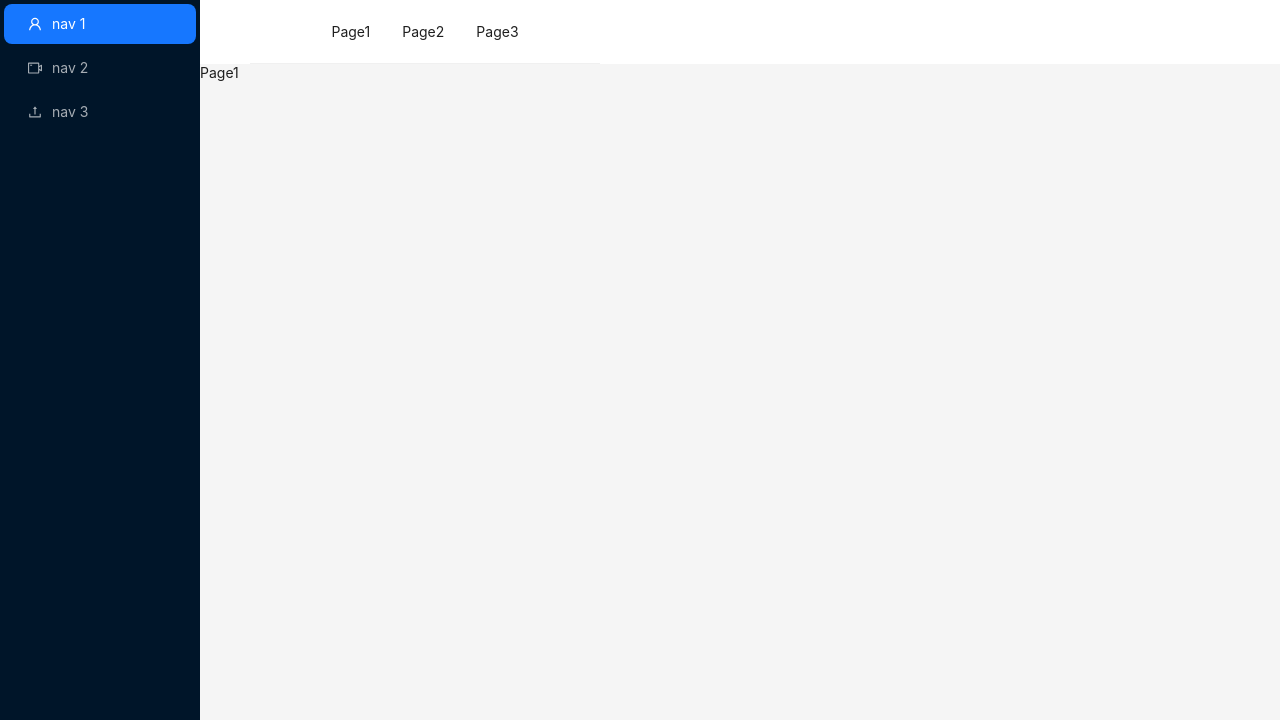
Repository: BESTETURKMEN/e-commerce
Page: /
These files come from the project's save history. The page is drawn as it stood at one moment and after a run of saves; the edit follows.
The browser window is 1280 px wide. The pictures show the whole page.
The project was rebuilt for these pictures with package versions that can differ from the ones it lists, and the page was loaded fresh each time. Also part of the build but not shown: webpack.config.js, src/pages/page2.jsx, src/pages/page3.jsx.

Above is the page before, as saved 2023-08-21 10:28:57.

### public/index.html
<!DOCTYPE html>
<html lang="en">
  <head>
    <meta charset="utf-8" />

    <meta name="viewport" content="width=device-width, initial-scale=1" />
    <meta name="theme-color" content="#000000" />
    <meta
      name="description"
      content="Web site created using create-react-app"
    />
    <link rel="apple-touch-icn" href="" />

    <title>React App</title>
  </head>
  <body>
    <noscript>You need to enable JavaScript to run this app.</noscript>
    <div id="root"></div>
  </body>
</html>

### src/index.js
import React from "react";
import ReactDOM from "react-dom/client";

import { HashRouter } from "react-router-dom";

import reportWebVitals from "./reportWebVitals";
import RouteWrapper from "./config/routeWrapper";

const root = ReactDOM.createRoot(document.getElementById("root"));
root.render(
  <React.StrictMode>
    <HashRouter>
      <RouteWrapper />
    </HashRouter>
  </React.StrictMode>
);

// If you want to start measuring performance in your app, pass a function
// to log results (for example: reportWebVitals(console.log))
// or send to an analytics endpoint. Learn more: https://bit.ly/CRA-vitals
reportWebVitals();

### src/config/routeWrapper.jsx
import React from "react";
import { Route, Routes } from "react-router";

import Index from "../layout";
import Page1 from "../pages/page1";
import Page2 from "../pages/page2";
import Page3 from "../pages/page3";

export default function RouteWrapper() {
  return (
    <div>
      <Routes>
        <Route element={<Index />}>
          <Route path="/" element={<Page1 />} />
          <Route path="/Page2" element={<Page2 />} />
          <Route path="/Page3" element={<Page3 />} />
        </Route>
      </Routes>
    </div>
  );
}

### src/layout/index.jsx
import React from "react";
import { Outlet } from "react-router";
import { Layout } from "antd";

import Header from "./header";

import "./layout.scss";
import Sider from "./sider";

export default function Index() {
  return (
    <div className="layout">
      <Layout>
        <Layout.Sider>
          <Sider />
        </Layout.Sider>
        <Layout>
          <Layout.Header>
            <Header />
          </Layout.Header>
          <Layout.Content className="content">
            <Outlet />
          </Layout.Content>
        </Layout>
      </Layout>
    </div>
  );
}

### src/pages/page1.jsx
import React from "react";

export default function Page1() {
  return <div>Page1</div>;
}

### src/layout/header.jsx
import { Button, Menu } from "antd";
import React, { useState } from "react";
import { Link } from "react-router-dom";
import "./layout.scss";
export default function Header() {
  const menu = [
    {
      key: "1",
      label: "Page1",
      path: "/",
    },
    {
      key: "2",
      label: "Page2",
      path: "/Page2",
    },
    {
      key: "3",
      label: "Page3",
      path: "/Page3",
    },
  ];
  return (
    <div className="header">
      <div className="menuLine">
        <Menu mode="horizontal">
          {menu.map((item) => (
            <Menu.Item key={item.key}>
              <Link to={item.path}>{item.label}</Link>
            </Menu.Item>
          ))}
        </Menu>
      </div>
    </div>
  );
}

### src/layout/layout.scss
* {
  margin: 0;
  padding: 0;
  box-sizing: border-box;
}

.layout {
  .ant-layout {
    height: 100vh;
    .ant-layout-header {
      background-color: rgb(255, 255, 255) !important;
      .menuLine {
        display: flex;
        flex-direction: center;
        align-items: center;
        width: 350px;
        .ant-menu {
          display: flex;
          align-items: center;
          justify-content: center;
          width: 350px;
        }
      }
    }
  }
}

### src/layout/sider.jsx
import { Menu } from "antd";
import React from "react";
import {
  UploadOutlined,
  UserOutlined,
  VideoCameraOutlined,
} from "@ant-design/icons";

export default function Sider() {
  return (
    <div className="sider">
      <div className="demo-logo-vertical" />
      <Menu
        theme="dark"
        mode="inline"
        defaultSelectedKeys={["1"]}
        items={[
          {
            key: "1",
            icon: <UserOutlined />,
            label: "nav 1",
          },
          {
            key: "2",
            icon: <VideoCameraOutlined />,
            label: "nav 2",
          },
          {
            key: "3",
            icon: <UploadOutlined />,
            label: "nav 3",
          },
        ]}
      />
    </div>
  );
}

Loaded but not shown: src/reportWebVitals.js (common file)

After the next 2 saves:
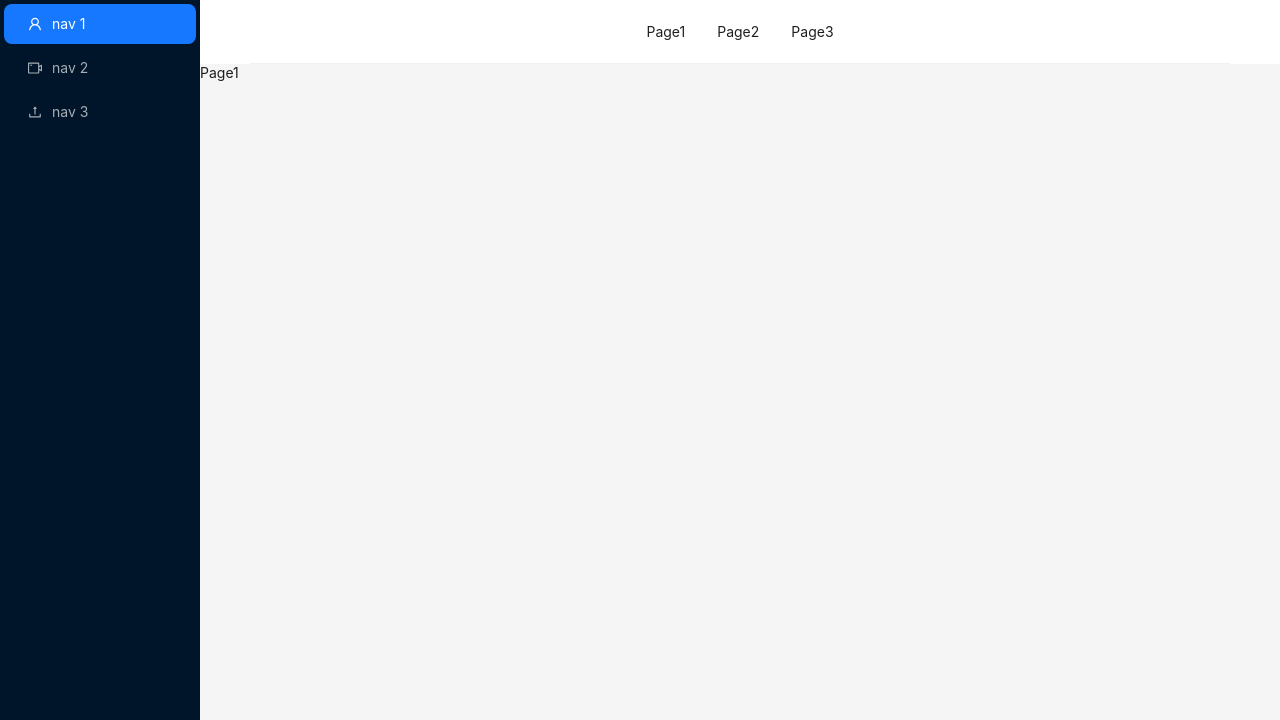
The 2 saves are shown as one change because they came seconds apart.
The last was saved 25 s later.
--- a/src/layout/layout.scss
+++ b/src/layout/layout.scss
@@ -10,15 +10,10 @@
     .ant-layout-header {
       background-color: rgb(255, 255, 255) !important;
       .menuLine {
-        display: flex;
-        flex-direction: center;
-        align-items: center;
-        width: 350px;
         .ant-menu {
           display: flex;
           align-items: center;
           justify-content: center;
-          width: 350px;
         }
       }
     }
